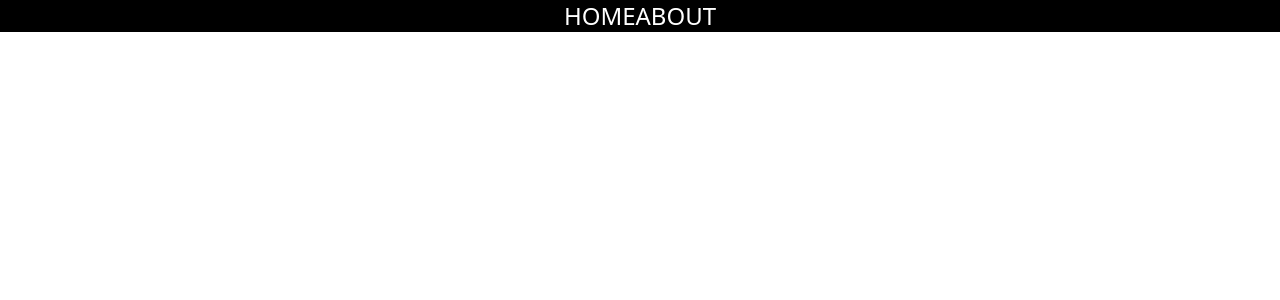
Repository: OmniaRafat232111121/ecommerceredux
Page: / (app in eco/)
The author's editor kept a copy of each file at every save. The page is drawn from the files as they stood at one save, then again after a run of saves.
The browser window is 1280 px wide. The pictures show the whole page.
The project was rebuilt for these pictures with package versions that can differ from the ones it lists, and the page was loaded fresh each time.

Above is the page before, as saved 2022-11-01 18:32:18.

After the next 3 saves:
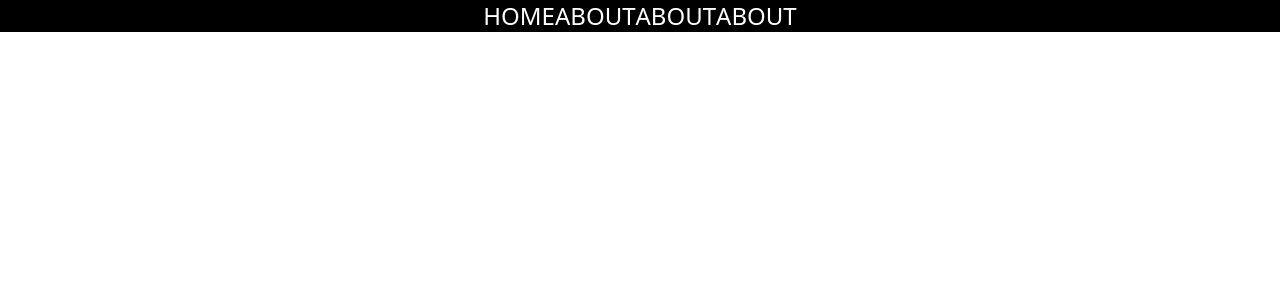
The 3 saves are shown as one change because they came seconds apart.
The last was saved 15 s later.
--- a/eco/src/components/Header.js
+++ b/eco/src/components/Header.js
@@ -9,6 +9,9 @@ const Header = () => {
     <ul className='flex  justify-center items-center px-[20px]'>
       <li><a className='text-2xl font-primary uppercase' href="/">Home</a></li>
       <li><a className='text-2xl font-primary uppercase' href="/">About</a></li>
+      <li><a className='text-2xl font-primary uppercase' href="/">About</a></li>
+      <li><a className='text-2xl font-primary uppercase' href="/">About</a></li>
+
 
     </ul>
 
